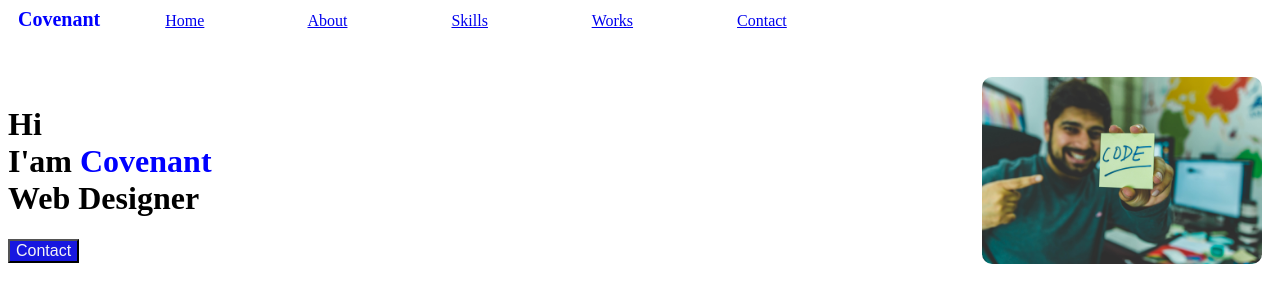
Repository: Tobby004/bdc-assignment-1
Page: index.html
An editor plug-in stored every save of this project. The page is shown before and after the next save, followed by the edit.
The browser window is 1280 px wide. The pictures show the whole page.

Above is the page before, as saved 2023-02-09 09:13:09.

After the next save:
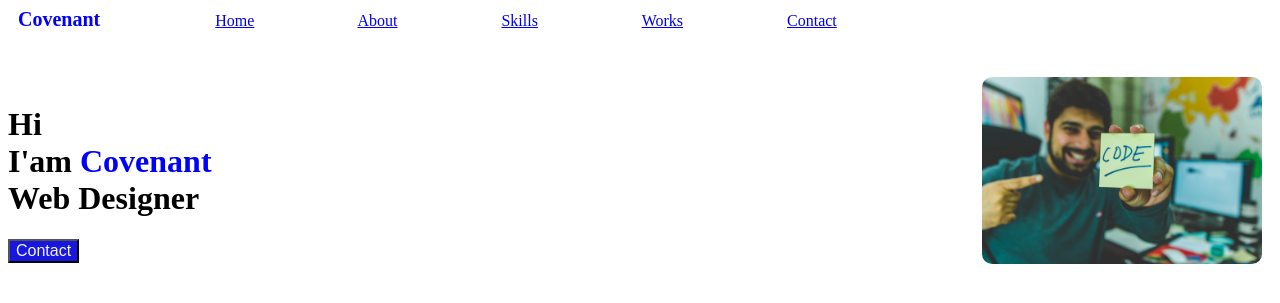
Saved 81 s later.
--- a/task.css
+++ b/task.css
@@ -9,7 +9,7 @@ header{
 header b {
 font-size: 20px;
 padding: 10px;
-margin-right: 50px;
+margin-right: 100px;
 width: 100%;
 margin-bottom: 20px;
 justify-content: space-between;
